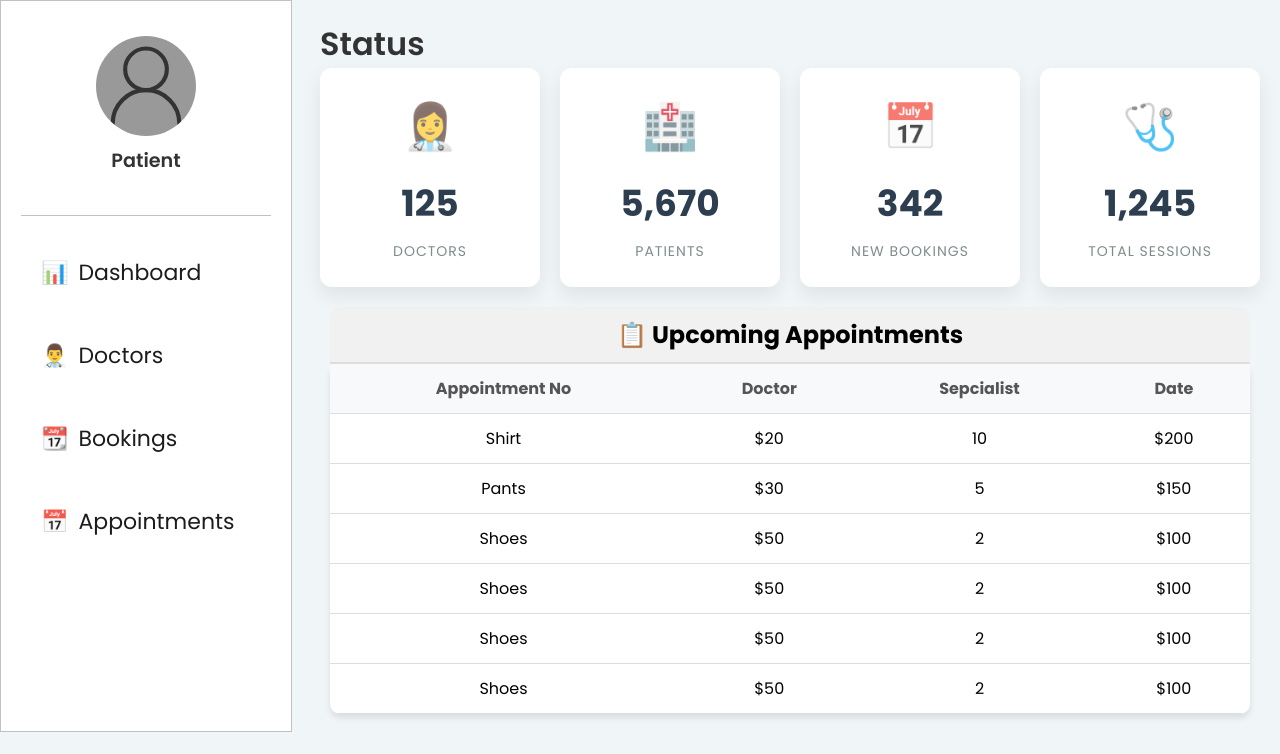
Repository: AriaFantom/Minor-Project
Page: http://localhost/Project/dashboard/patient/panel.jsp
An editor plug-in stored every save of this project. The page is shown before and after the next save, followed by the edit.
The browser window is 1280 px wide. The pictures show the whole page.
Some web fonts or font styles are not loaded; a fallback is used. The page is served by Tomcat 10.

Above is the page before, as saved 2024-12-05 06:33:24.

After the next save:
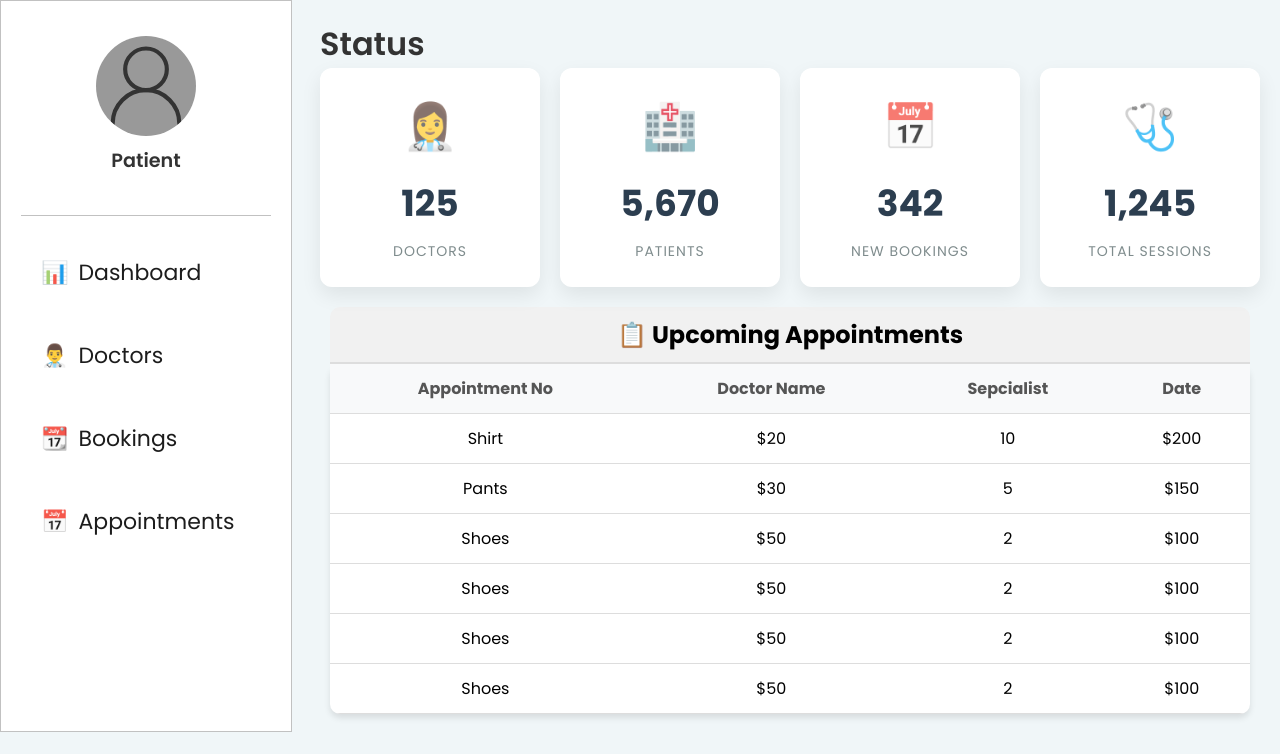
Saved 19 s later.
--- a/Project/src/main/webapp/dashboard/patient/panel.jsp
+++ b/Project/src/main/webapp/dashboard/patient/panel.jsp
@@ -79,7 +79,7 @@
             <thead>
             <tr>
                 <th>Appointment No</th>
-                <th>Doctor</th>
+                <th>Doctor Name</th>
                 <th>Sepcialist</th>
                 <th>Date</th>
             </tr>
